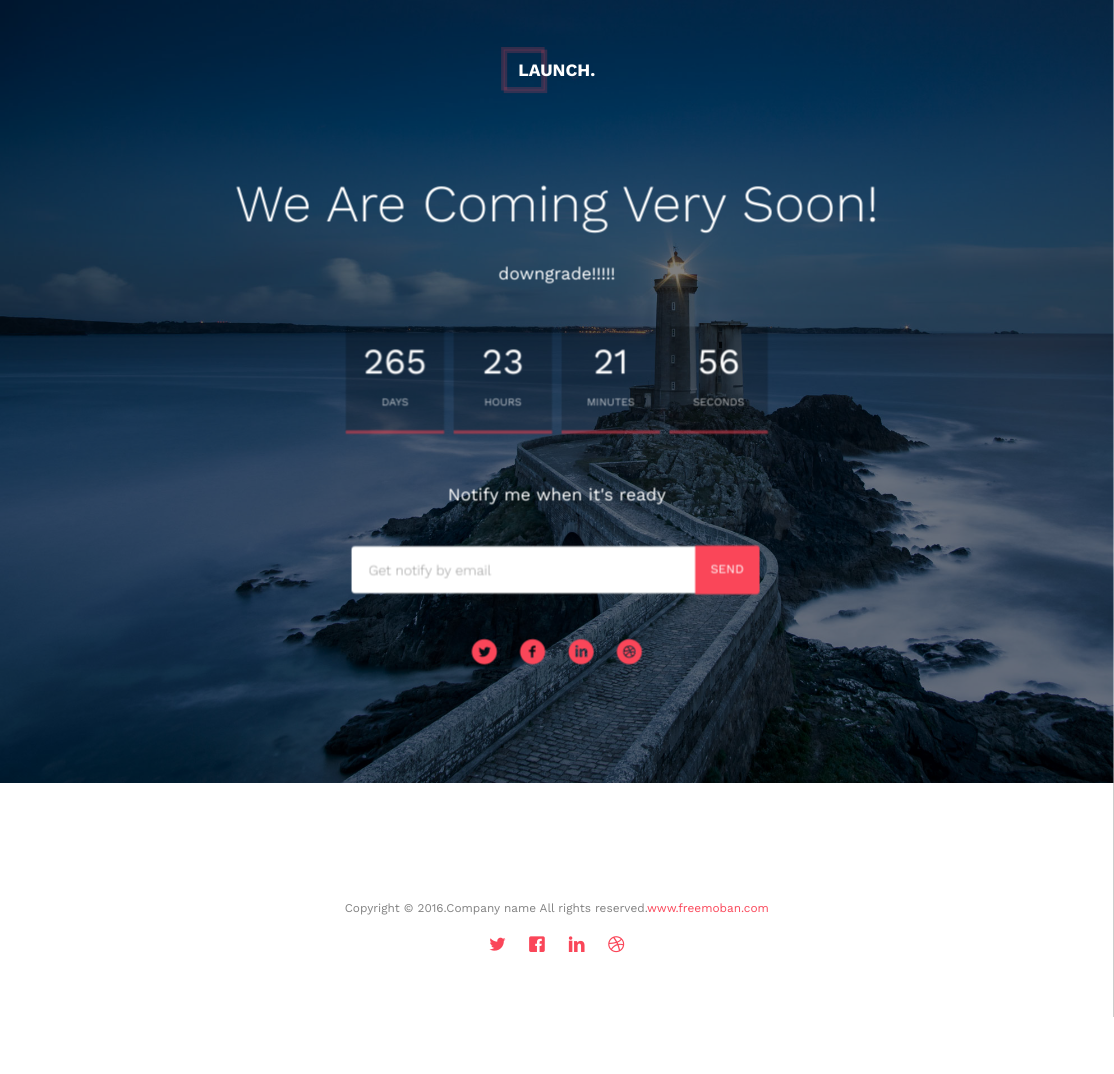
Repository: BigBigZe/homework
Page: spring-cloud-homework/ribbon-server/src/main/resources/static/index.html
The author's editor kept a copy of each file at every save. The page is drawn from the files as they stood at one save, then again after the next save.
The browser window is 1280 px wide. The pictures show the whole page, at 87% of full size.

Above is the page before, as saved 2019-07-02 04:57:54.

After the next save:
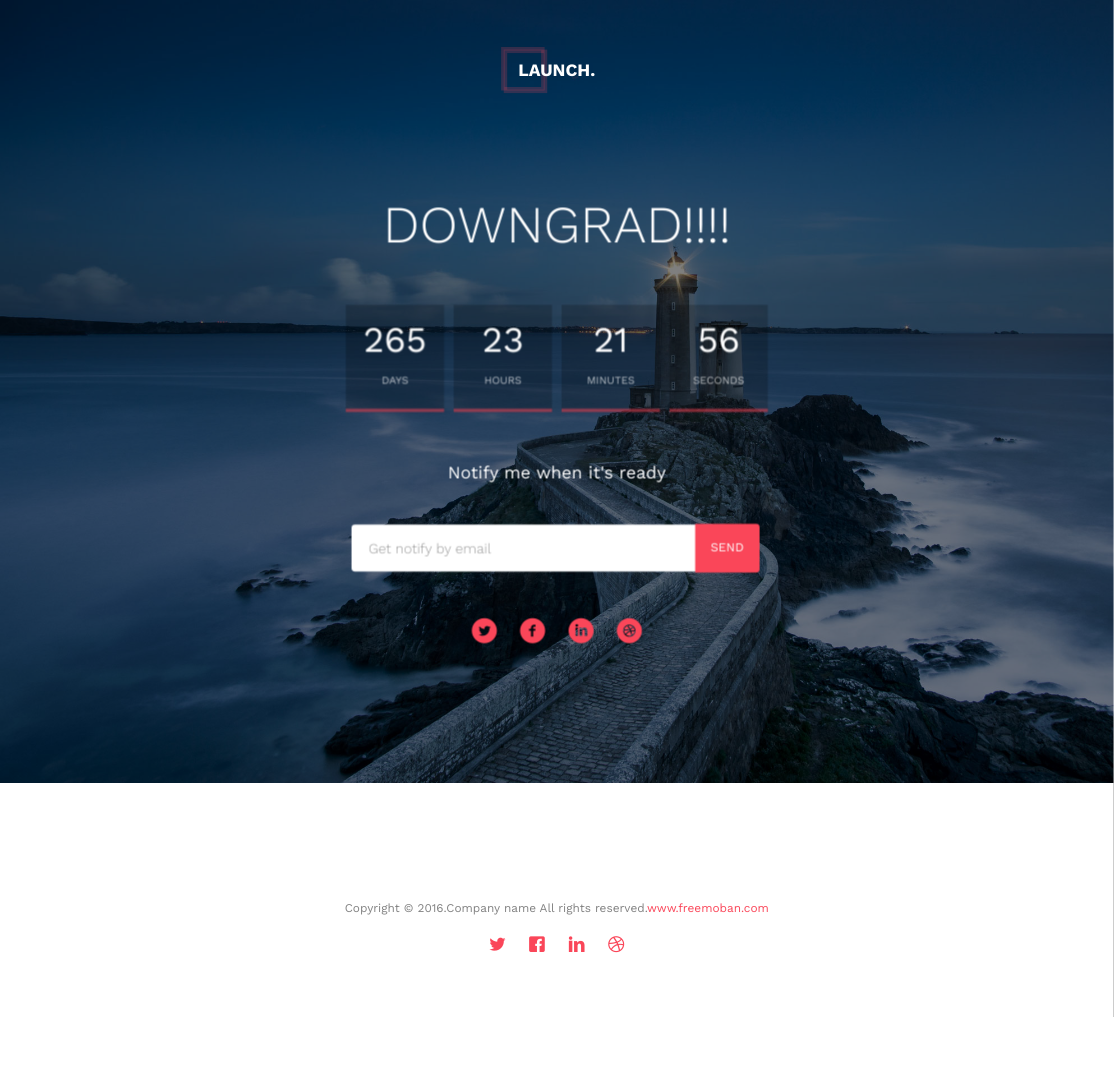
Saved 78 s later.
--- a/spring-cloud-homework/ribbon-server/src/main/resources/static/index.html
+++ b/spring-cloud-homework/ribbon-server/src/main/resources/static/index.html
@@ -63,8 +63,7 @@
 				<div class="col-md-8 col-md-offset-2 text-center">
 					<div class="display-t">
 						<div class="display-tc animate-box" data-animate-effect="fadeIn">
-							<h1>We Are Coming Very Soon!</h1>
-							<h2>downgrade!!!!! <a href="http://www.freemoban.com/" target="_blank"></a></h2>
+							<h1>DOWNGRAD!!!!</h1>
 							<div class="simply-countdown simply-countdown-one"></div>
 							<div class="row">
 								<h2>Notify me when it's ready</h2>
